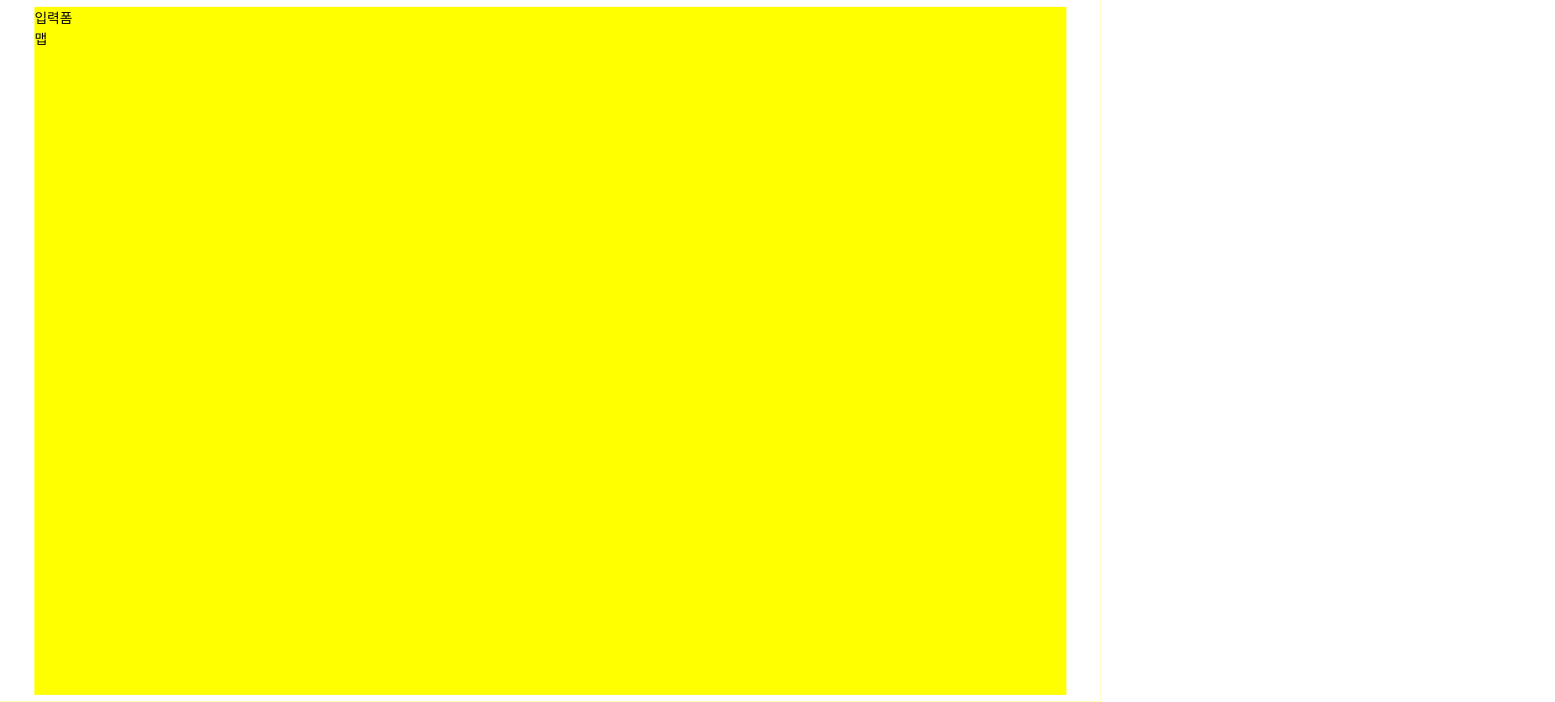
Repository: hyeong-jun-98/SL_front
Page: web0812/src/main/webapp/map/main.html
These files come from the project's save history. The page is drawn as it stood at one moment and after the next save; the edit follows.
The browser window is 1280 px wide. The page is 1280 px wide, then 1808 px, so the pictures cover 1808 px, including what lies to the right of the window. The pictures show the whole page, at 86% of full size.

Above is the page before, as saved 2022-08-12 05:48:19.

### web0812/src/main/webapp/map/main.html
<!DOCTYPE html>
<html>
<head>
<meta charset="utf-8">
<title>구글맵을 연동한 SPA(Single Page Application)</title>
<script>


</script>
<style>
	#wrapper {
		width:1200px;
		height:800px;
		background:yellow;
		margin:auto;

	}


</style>

</head>
<body>
 <div id = "wrapper">
	<div id = "input-area">입력폼</div>
	<div id = "map">맵</div>

</div>

</body>
</html>

After the next save:
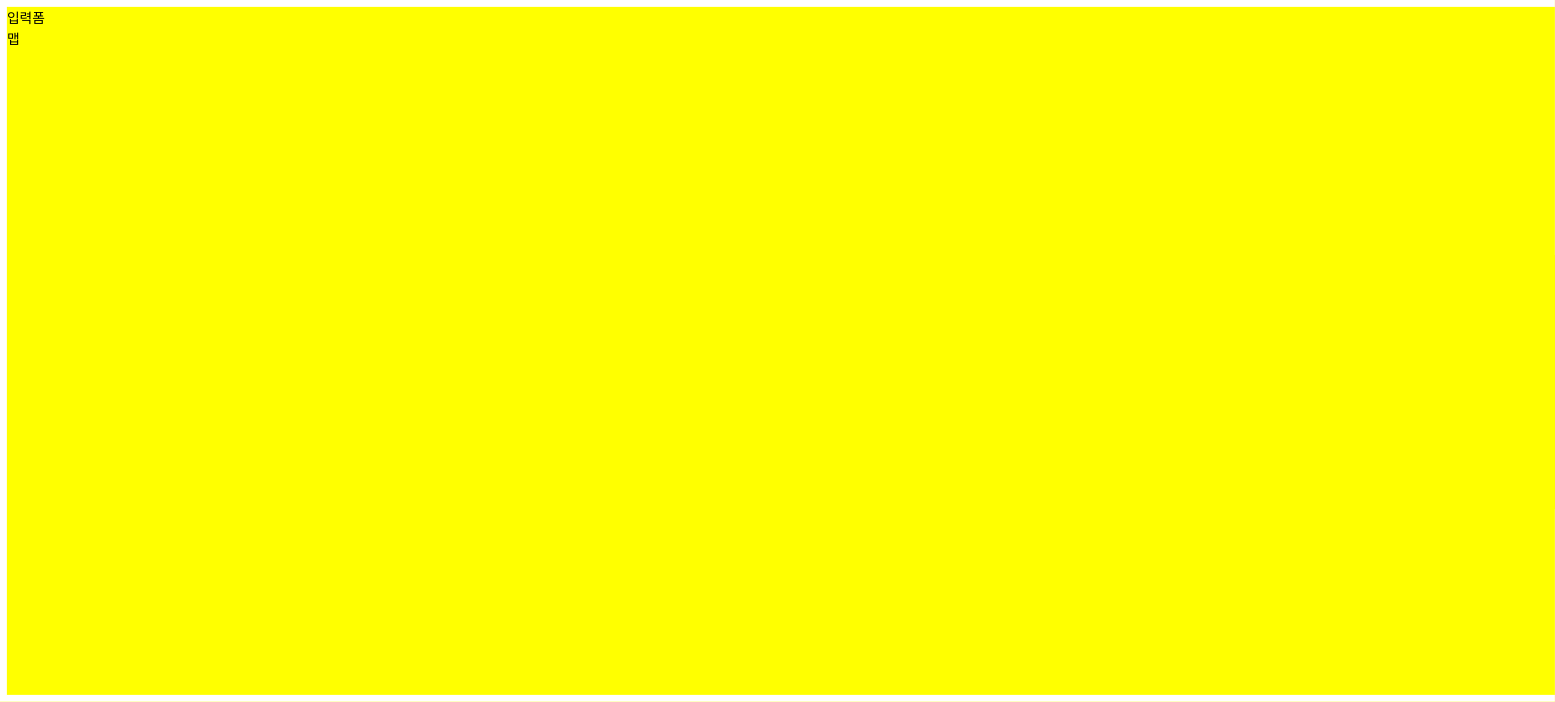
Saved 11 s later.
--- a/web0812/src/main/webapp/map/main.html
+++ b/web0812/src/main/webapp/map/main.html
@@ -9,7 +9,7 @@
 </script>
 <style>
 	#wrapper {
-		width:1200px;
+		width:1800px;
 		height:800px;
 		background:yellow;
 		margin:auto;
